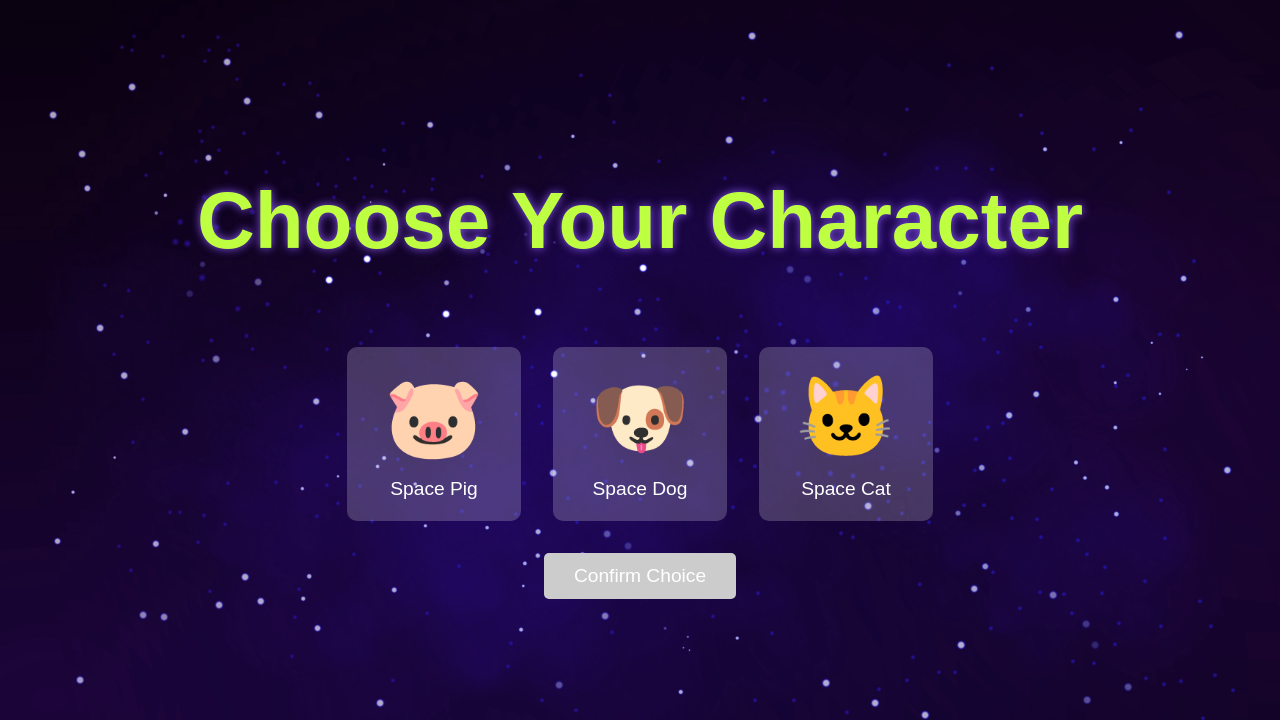
Repository: brunaguarizo/SpaceFarm
Page: index.html
The author's editor kept a copy of each file at every save. The page is drawn from the files as they stood at one save, then again after a run of saves.
The browser window is 1280 px wide. The pictures show the whole page.
Some web fonts or font styles are not loaded; a fallback is used.

Above is the page before, as saved 2025-04-24 11:17:51.

### index.html
<!DOCTYPE html>
<html lang="en">
    <head>
        <meta charset="UTF-8" />
        <meta
            name="viewport"
            content="width=device-width, initial-scale=1.0" />
        <title>Space Animals Game</title>
        <link
            rel="stylesheet"
            href="styles.css" />

        <link
            rel="preconnect"
            href="https://fonts.googleapis.com" />
        <link
            rel="preconnect"
            href="https://fonts.gstatic.com"
            crossorigin />
        <link
            href="https://fonts.googleapis.com/css2?family=Ranchers&display=swap"
            rel="stylesheet" />
    </head>
    <body>
        <div id="game-container">
            <!-- Character Selection Screen -->
            <div id="character-select">
                <h1>Choose Your Character</h1>
                <div class="character-options">
                    <div
                        class="character-option"
                        data-character="pig">
                        <div class="character-icon">🐷</div>
                        <div class="character-label">Space Pig</div>
                    </div>
                    <div
                        class="character-option"
                        data-character="dog">
                        <div class="character-icon">🐶</div>
                        <div class="character-label">Space Dog</div>
                    </div>
                    <div
                        class="character-option"
                        data-character="cat">
                        <div class="character-icon">🐱</div>
                        <div class="character-label">Space Cat</div>
                    </div>
                </div>
                <button
                    id="confirm-btn"
                    disabled>
                    Confirm Choice
                </button>
            </div>

            <!-- Game Screen -->
            <div id="game-screen">
                <div id="player"></div>
                <div id="score-container">
                    <div id="score">Score: 0</div>
                    <button id="pause-btn">Pause</button>
                </div>
            </div>

            <!-- Pause Screen -->
            <div id="pause-screen">
                <h2>Game Paused</h2>
                <button id="resume-btn">Resume</button>
            </div>

            <!-- Game Over Screen -->
            <div id="game-over">
                <h2>Game Over</h2>
                <div id="final-score">Score: 0</div>
                <button id="restart-btn">Play Again</button>
            </div>
        </div>

        <script src="script.js"></script>
    </body>
</html>

### styles.css
body {
    margin: 0;
    padding: 0;
    overflow: hidden;
    font-family: var(--font-family);
    background-color: var(--mid-green);
}

#game-container {
    position: relative;
    width: 100vw;
    height: 100vh;
    background-image: url("img/space-bg.jpg");
    background-size: cover;
    overflow: hidden;
}

/* Character Selection Screen */
#character-select {
    position: absolute;
    width: 100%;
    height: 100%;
    display: flex;
    flex-direction: column;
    justify-content: center;
    align-items: center;
    z-index: 10;
}

#character-select h1 {
    color: var(--light-green);
    font-size: var(--header);
    margin-bottom: var(--space-extra-large);
    text-shadow: 0 0 10px var(--mid-purple);
}

.character-options {
    display: flex;
    gap: 2rem;
    margin-bottom: 2rem;
}

.character-option {
    width: 150px;
    height: 150px;
    background-color: rgba(255, 255, 255, 0.2);
    border-radius: 10px;
    display: flex;
    flex-direction: column;
    align-items: center;
    justify-content: center;
    cursor: pointer;
    transition: transform 0.3s, box-shadow 0.3s;
    padding: 10px;
    border: 2px solid transparent;
}

.character-option:hover {
    transform: scale(1.05);
    box-shadow: 0 0 15px rgba(255, 255, 255, 0.5);
}

.character-option.selected {
    border-color: #ff9900;
    box-shadow: 0 0 20px #ff9900;
}

.character-icon {
    width: 100px;
    height: 100px;
    font-size: 80px;
    display: flex;
    justify-content: center;
    align-items: center;
}

.character-label {
    color: white;
    font-size: 1.2rem;
    margin-top: 10px;
}

#confirm-btn {
    padding: 12px 30px;
    background-color: #4caf50;
    color: white;
    border: none;
    border-radius: 5px;
    font-size: 1.2rem;
    cursor: pointer;
    transition: background-color 0.3s;
}

#confirm-btn:hover {
    background-color: #45a049;
}

#confirm-btn:disabled {
    background-color: #cccccc;
    cursor: not-allowed;
}

/* Game Screen */
#game-screen {
    display: none;
    position: absolute;
    width: 100%;
    height: 100%;
}

#player {
    position: absolute;
    width: 60px;
    height: 60px;
    left: 100px;
    top: 50%;
    transform: translateY(-50%);
    font-size: 50px;
    line-height: 1;
    z-index: 5;
}

.asteroid {
    position: absolute;
    font-size: 30px;
    color: #aaa;
}

#score-container {
    position: absolute;
    top: 20px;
    right: 20px;
    display: flex;
    align-items: center;
    gap: 20px;
    z-index: 5;
}

#score {
    color: white;
    font-size: 24px;
    font-weight: bold;
    background-color: rgba(0, 0, 0, 0.5);
    padding: 10px 20px;
    border-radius: 10px;
}

#pause-btn {
    background-color: rgba(0, 0, 0, 0.5);
    color: white;
    border: none;
    border-radius: 5px;
    font-size: 18px;
    padding: 10px 15px;
    cursor: pointer;
    transition: background-color 0.3s;
}

#pause-btn:hover {
    background-color: rgba(0, 0, 0, 0.7);
}

/* Game Over Screen */
#game-over {
    display: none;
    position: absolute;
    top: 0;
    left: 0;
    width: 100%;
    height: 100%;
    background-color: rgba(0, 0, 0, 0.8);
    z-index: 15;
    flex-direction: column;
    justify-content: center;
    align-items: center;
}

#game-over h2 {
    color: #ff3333;
    font-size: 3.5rem;
    margin-bottom: 1rem;
    text-shadow: 0 0 10px rgba(255, 0, 0, 0.5);
}

#final-score {
    color: white;
    font-size: 2rem;
    margin-bottom: 2rem;
}

#restart-btn {
    padding: 12px 30px;
    background-color: #3366ff;
    color: white;
    border: none;
    border-radius: 5px;
    font-size: 1.2rem;
    cursor: pointer;
    transition: background-color 0.3s;
}

#restart-btn:hover {
    background-color: #2952cc;
}

/* Utility Classes */
.invisible {
    opacity: 0;
}

/* Pause Screen */
#pause-screen {
    display: none;
    position: absolute;
    top: 0;
    left: 0;
    width: 100%;
    height: 100%;
    background-color: rgba(0, 0, 0, 0.7);
    z-index: 12;
    flex-direction: column;
    justify-content: center;
    align-items: center;
    color: white;
}

#pause-screen h2 {
    font-size: 3rem;
    margin-bottom: 2rem;
}

#resume-btn {
    padding: 12px 30px;
    background-color: #4caf50;
    color: white;
    border: none;
    border-radius: 5px;
    font-size: 1.2rem;
    cursor: pointer;
    transition: background-color 0.3s;
}

#resume-btn:hover {
    background-color: #45a049;
}

/* --------------------------- variables  --------------------------- */
:root {
    --font-family: "Ranchers", sans-serif;
    --header: 80px;
    --text: 16px;

    --light-green: #bfff41;
    --mid-green: #a3de1a;
    --dark-green: #46b800;
    --light-pink: #ffc2ec;
    --mid-pink: #f0429c;
    --dark-pink: #910b64;
    --light-purple: #dcccff;
    --mid-purple: #8655ef;
    --dark-purple: #4913bf;

    --space-extra-small: 4px;
    --space-small: 8px;
    --space-regukar: 16px;
    --space-medium: 32px;
    --space-large: 48px;
    --space-extra-large: 80px;
}

### script.js
// Game variables
let selectedCharacter = "";
let score = 0;
let playerElement;
let gameRunning = false;
let isPaused = false;
let playerY;
let asteroids = [];
let gameLoopInterval;
let asteroidInterval;
let gameHeight;
let gameWidth;

// Character emoji mapping
const characterEmojis = {
    pig: "🐷",
    dog: "🐶",
    cat: "🐱",
};

// Asteroid options
const asteroidOptions = ["🌑", "☄️", "🪨", "💫"];

// DOM elements
const characterOptions = document.querySelectorAll(".character-option");
const confirmBtn = document.getElementById("confirm-btn");
const characterSelectScreen = document.getElementById("character-select");
const gameScreen = document.getElementById("game-screen");
const pauseBtn = document.getElementById("pause-btn");
const pauseScreen = document.getElementById("pause-screen");
const resumeBtn = document.getElementById("resume-btn");
const gameOverScreen = document.getElementById("game-over");
const finalScoreDisplay = document.getElementById("final-score");
const restartBtn = document.getElementById("restart-btn");
const scoreDisplay = document.getElementById("score");

// Initialize the game
function init() {
    // Character selection event listeners
    characterOptions.forEach((option) => {
        option.addEventListener("click", () => {
            // Remove selected class from all options
            characterOptions.forEach((opt) => opt.classList.remove("selected"));
            // Add selected class to clicked option
            option.classList.add("selected");
            // Store selected character
            selectedCharacter = option.dataset.character;
            // Enable confirm button
            confirmBtn.disabled = false;
        });
    });

    // Confirm button event listener
    confirmBtn.addEventListener("click", startGame);

    // Pause button event listener
    pauseBtn.addEventListener("click", togglePause);

    // Resume button event listener
    resumeBtn.addEventListener("click", togglePause);

    // Restart button event listener
    restartBtn.addEventListener("click", restartGame);

    // Keyboard event listeners
    document.addEventListener("keydown", handleKeyPress);
}

// Start the game
function startGame() {
    // Hide character selection screen
    characterSelectScreen.style.display = "none";
    // Show game screen
    gameScreen.style.display = "block";

    // Set up player
    playerElement = document.getElementById("player");
    playerElement.innerHTML = characterEmojis[selectedCharacter];

    // Initialize variables
    gameHeight = window.innerHeight;
    gameWidth = window.innerWidth;
    score = 0;
    updateScore();
    playerY = gameHeight / 2;
    gameRunning = true;
    isPaused = false;
    asteroids = [];

    // Position player
    updatePlayerPosition();

    // Start game loop
    gameLoopInterval = setInterval(gameLoop, 16); // ~60fps

    // Start spawning asteroids
    spawnAsteroid(); // Spawn first asteroid immediately
    asteroidInterval = setInterval(spawnAsteroid, 1500); // Then every 1.5 seconds
}

// Game loop
function gameLoop() {
    if (!gameRunning || isPaused) return;

    // Move asteroids
    moveAsteroids();

    // Check collisions
    checkCollisions();
}

// Handle keyboard input
function handleKeyPress(e) {
    if (!gameRunning || isPaused) return;

    const moveDistance = 20;

    if (e.key === "ArrowUp" || e.key === "w") {
        // Move up
        playerY = Math.max(50, playerY - moveDistance);
        updatePlayerPosition();
    } else if (e.key === "ArrowDown" || e.key === "s") {
        // Move down
        playerY = Math.min(gameHeight - 50, playerY + moveDistance);
        updatePlayerPosition();
    }
}

// Update player position on screen
function updatePlayerPosition() {
    playerElement.style.top = `${playerY}px`;
}

// Spawn a new asteroid
function spawnAsteroid() {
    if (!gameRunning || isPaused) return;

    // Create asteroid element
    const asteroid = document.createElement("div");
    asteroid.classList.add("asteroid");

    // Set random asteroid type
    const asteroidType =
        asteroidOptions[Math.floor(Math.random() * asteroidOptions.length)];
    asteroid.innerHTML = asteroidType;

    // Set random position (y-axis)
    const asteroidY = Math.random() * (gameHeight - 100) + 50;

    // Set asteroid properties
    asteroid.style.left = `${gameWidth}px`;
    asteroid.style.top = `${asteroidY}px`;

    // Add to game screen
    gameScreen.appendChild(asteroid);

    // Add to asteroids array
    asteroids.push({
        element: asteroid,
        x: gameWidth,
        y: asteroidY,
        speed: Math.random() * 3 + 5, // Random speed between 5-8
        passed: false,
    });
}

// Move all asteroids
function moveAsteroids() {
    for (let i = asteroids.length - 1; i >= 0; i--) {
        const asteroid = asteroids[i];

        // Move asteroid
        asteroid.x -= asteroid.speed;
        asteroid.element.style.left = `${asteroid.x}px`;

        // Check if asteroid passed the player
        if (!asteroid.passed && asteroid.x < 100) {
            asteroid.passed = true;
            score += 10;
            updateScore();
        }

        // Remove asteroid if it's off-screen
        if (asteroid.x < -50) {
            gameScreen.removeChild(asteroid.element);
            asteroids.splice(i, 1);
        }
    }
}

// Check for collisions
function checkCollisions() {
    const playerRect = {
        x: 100,
        y: playerY - 30,
        width: 60,
        height: 60,
    };

    for (const asteroid of asteroids) {
        const asteroidRect = {
            x: asteroid.x,
            y: asteroid.y - 15,
            width: 30,
            height: 30,
        };

        // Check if player and asteroid rectangles intersect
        if (
            playerRect.x < asteroidRect.x + asteroidRect.width &&
            playerRect.x + playerRect.width > asteroidRect.x &&
            playerRect.y < asteroidRect.y + asteroidRect.height &&
            playerRect.y + playerRect.height > asteroidRect.y
        ) {
            // Collision detected
            gameOver();
            return;
        }
    }
}

// Update score display
function updateScore() {
    scoreDisplay.textContent = `Score: ${score}`;
}

// Toggle pause state
function togglePause() {
    isPaused = !isPaused;

    if (isPaused) {
        pauseScreen.style.display = "flex";
    } else {
        pauseScreen.style.display = "none";
    }
}

// Game over
function gameOver() {
    gameRunning = false;

    // Clear intervals
    clearInterval(gameLoopInterval);
    clearInterval(asteroidInterval);

    // Update final score
    finalScoreDisplay.textContent = `Score: ${score}`;

    // Show game over screen
    gameOverScreen.style.display = "flex";
}

// Restart game
function restartGame() {
    // Clear asteroids
    asteroids.forEach((asteroid) => {
        if (asteroid.element.parentNode) {
            asteroid.element.parentNode.removeChild(asteroid.element);
        }
    });

    // Hide game over screen
    gameOverScreen.style.display = "none";

    // Go back to character selection
    gameScreen.style.display = "none";
    characterSelectScreen.style.display = "flex";

    // Reset character selection
    characterOptions.forEach((opt) => opt.classList.remove("selected"));
    confirmBtn.disabled = true;
    selectedCharacter = "";
}

// Initialize the game when the page loads
window.addEventListener("load", init);

After the next 2 saves:
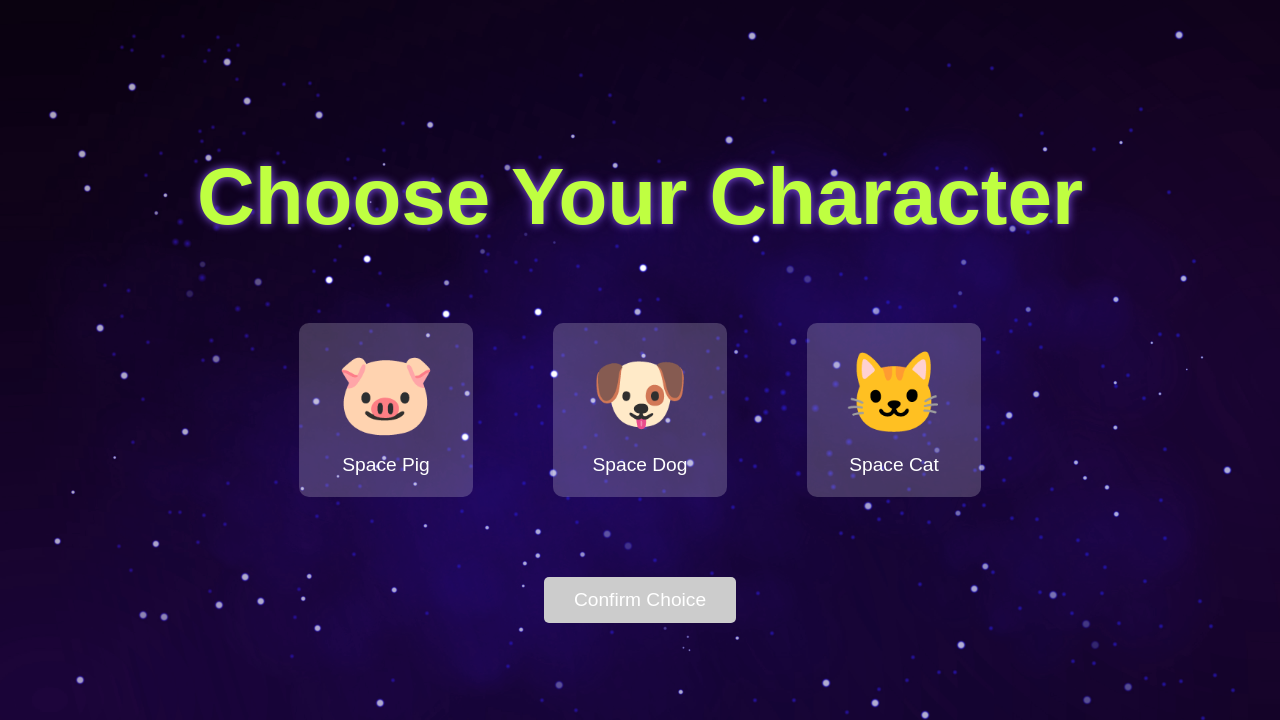
The 2 saves are shown as one change because they came seconds apart.
The last was saved 13 s later.
--- a/styles.css
+++ b/styles.css
@@ -36,8 +36,8 @@ body {
 
 .character-options {
     display: flex;
-    gap: 2rem;
-    margin-bottom: 2rem;
+    gap: var(--space-extra-large);
+    margin-bottom: var(--space-extra-large);
 }
 
 .character-option {
